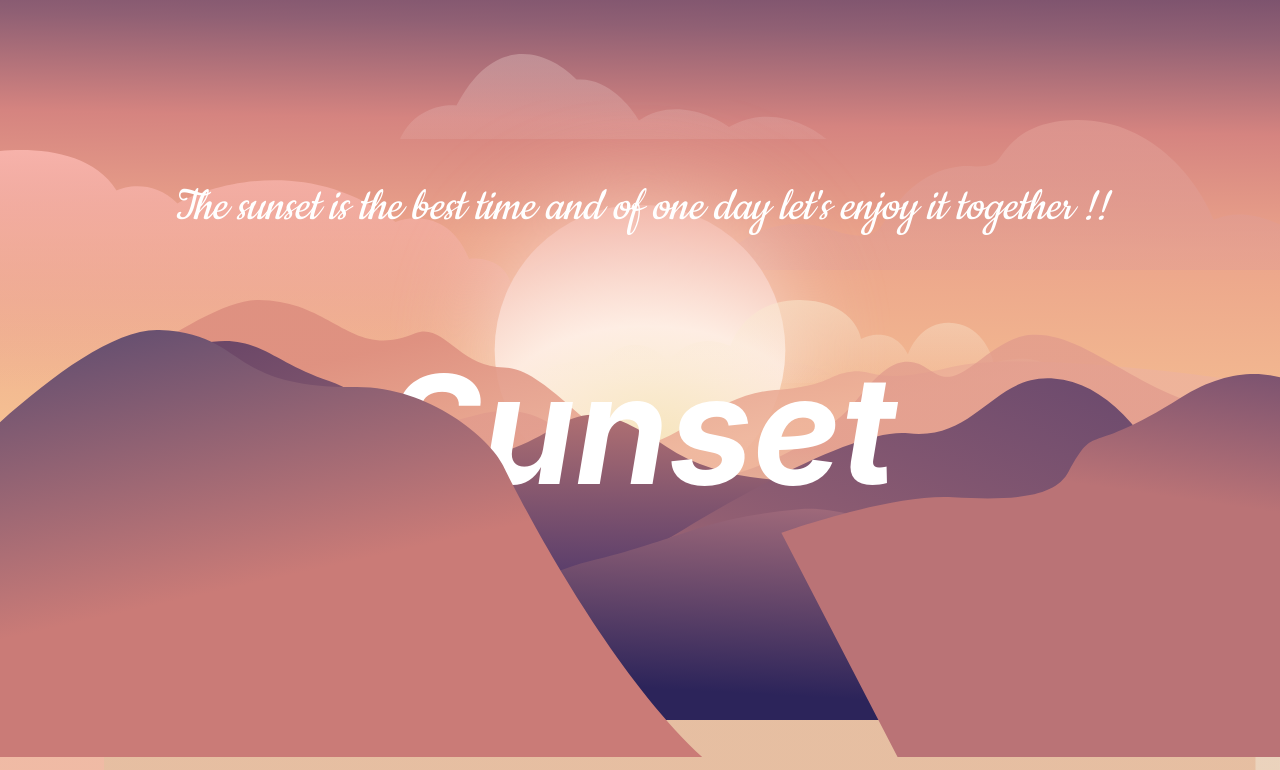
Repository: nambui98/parallax
Page: /
These files come from the project's save history. The page is drawn as it stood at one moment and after the next save; the edit follows.
The browser window is 1280 px wide. The pictures show the whole page.
The project was rebuilt for these pictures with package versions that can differ from the ones it lists, and the page was loaded fresh each time. Also part of the build but not shown: vite.config.ts.

Above is the page before, as saved 2022-03-24 13:07:18.

### src/App.tsx
import { useState } from 'react'
import bg_1 from './assets/images/bg_1.svg'
import bg_2 from './assets/images/bg_2.svg'
import bg_3 from './assets/images/bg_3.svg'
import bg_4 from './assets/images/bg_4.svg'
import bg_5 from './assets/images/bg_5.svg'
import bg_6 from './assets/images/bg_6.svg'
import bg_7 from './assets/images/bg_7.svg'
import bg_8 from './assets/images/bg_8.svg'
import bg_9 from './assets/images/bg_9.svg'
import './App.scss'

function App() {

  return (
    <div className="App">
      <div className="main">
        <div className="banner">
          <img className='bg_1' src={bg_1} alt="" />
          <img className='bg_2' src={bg_2} alt="" />
          <img className='bg_3' src={bg_3} alt="" />
          <img className='bg_4' src={bg_4} alt="" />
          <img className='bg_5' src={bg_5} alt="" />
          <img className='bg_6' src={bg_6} alt="" />
          <img className='bg_7' src={bg_7} alt="" />
          <img className='bg_9' src={bg_9} alt="" />

          {/* <img className='bg_8' src={bg_8} alt="" /> */}
          <h3>The sunset is the best time and of one day let's enjoy it together !!</h3>
          <h1>Sunset</h1>
        </div>
      </div>
    </div>
  )
}

export default App

### src/App.scss
@import url('https://fonts.googleapis.com/css2?family=Cookie&display=swap');
*,
*::after,
*::before{
  padding: 0;
  margin: 0;
  box-sizing: inherit;
}
html{
  font-size: 62.5%;
  box-sizing: border-box;
}
.banner{
  background: linear-gradient(181.12deg, #6D4869 -4.47%, #906074 5.09%, #D58480 18.15%, #ECA58B 34.03%, #F8C995 69.69%);
  height: 100vh;
  position: relative;
  z-index: -1;
  h3{
    position: absolute;
    top: 18rem;
    width: 100%;
    font-size: 5rem;
    font-weight: 400;
    font-style: italic;
    color: #fff;
    font-family: 'Cookie', cursive;
    text-align: center;
    // left: 50%;
    // transform: translateX(-50%);
  }
  h1{
    position: absolute;
    bottom: 20rem;
    width: 100%;
    font-size: 15rem;
    font-style: italic;
    color: #fff;
    text-align: center;
  }
  img{
    position: absolute;
    z-index: 0;
    &.bg_1{
      top: 5.4rem;
      left: 40rem;
    }
    &.bg_2{
      left: 0;
      top: 15rem;
    }
    &.bg_3{
      right: 0;
      top: 12rem;
    }
    &.bg_4{
      left: 50%;
      top: 10rem;
      transform: translateX(-50%);
      // top: 28.6rem;
      width: 50rem;
    }
    &.bg_5{
      right: 22rem;
      top: 30rem;
    }
    &.bg_6{
      right: 0;
      left: 0;
      top: 30rem;
      width: 100%;
    }
    &.bg_7{
      right: 0;
      left: 0;
      top: 33rem;
      width: 100%;
      z-index: 1;
    }
    &.bg_9{
      width: 100%;
      bottom: 0;
      z-index: 0;
    }
  }
}

Loaded but not shown: index.html (common file); src/main.tsx (common file); src/index.css (common file)

After the next save:
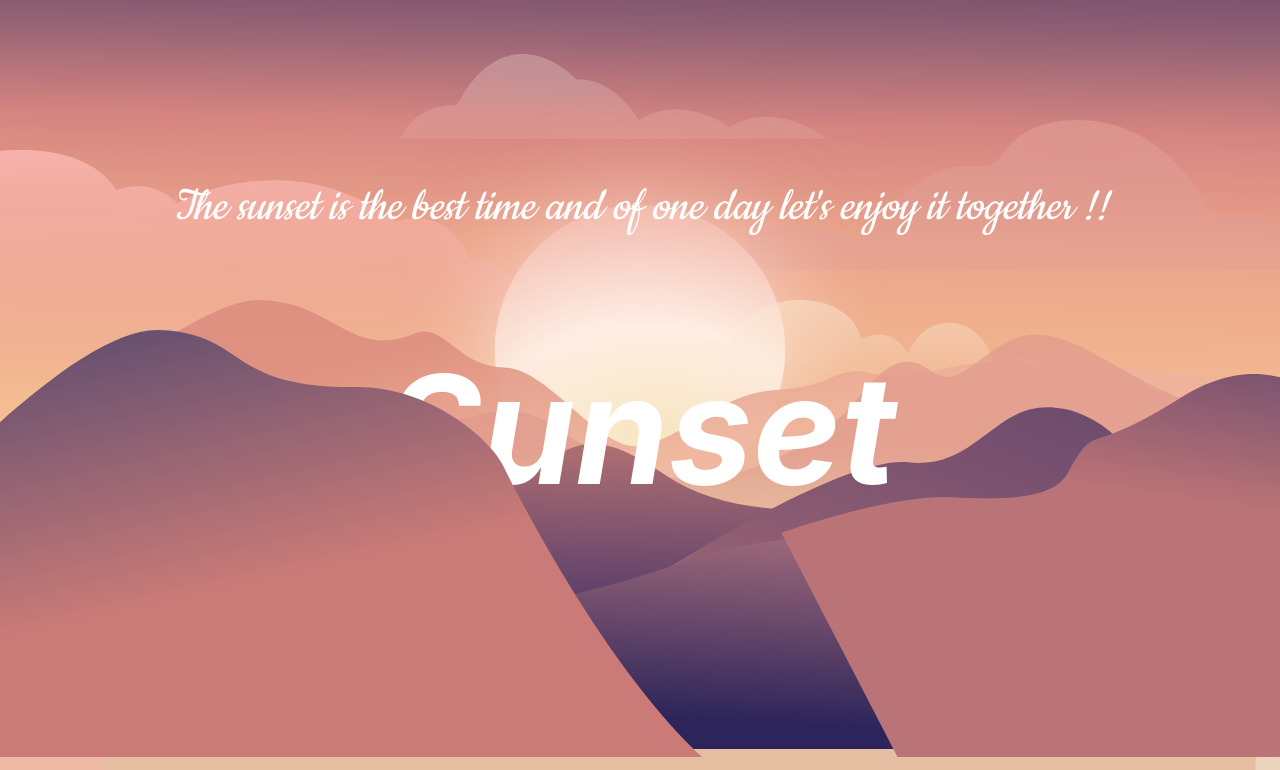
Saved 17 s later.
--- a/src/App.scss
+++ b/src/App.scss
@@ -78,7 +78,7 @@ html{
     }
     &.bg_9{
       width: 100%;
-      bottom: 0;
+       top: 37rem;
       z-index: 0;
     }
   }
